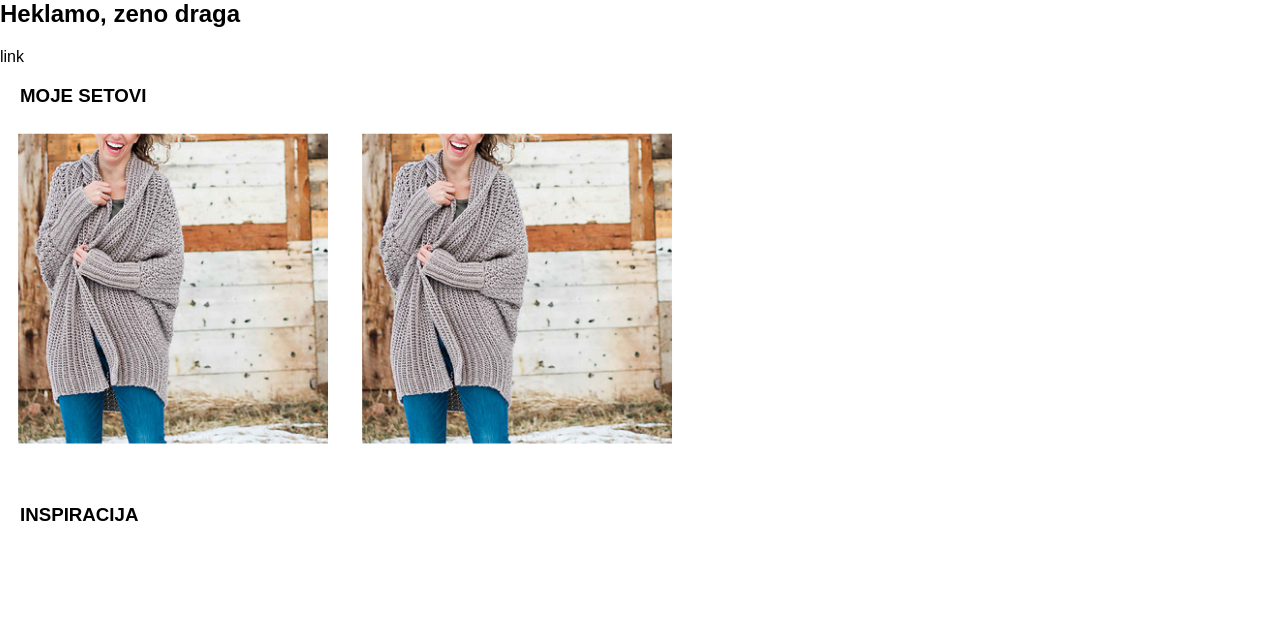
Repository: sdnc/Heklamo
Page: index.html
An editor plug-in stored every save of this project. The page is shown before and after the next save, followed by the edit.
The browser window is 1280 px wide. The pictures show the whole page.

Above is the page before, as saved 2020-12-24 13:07:02.

After the next save:
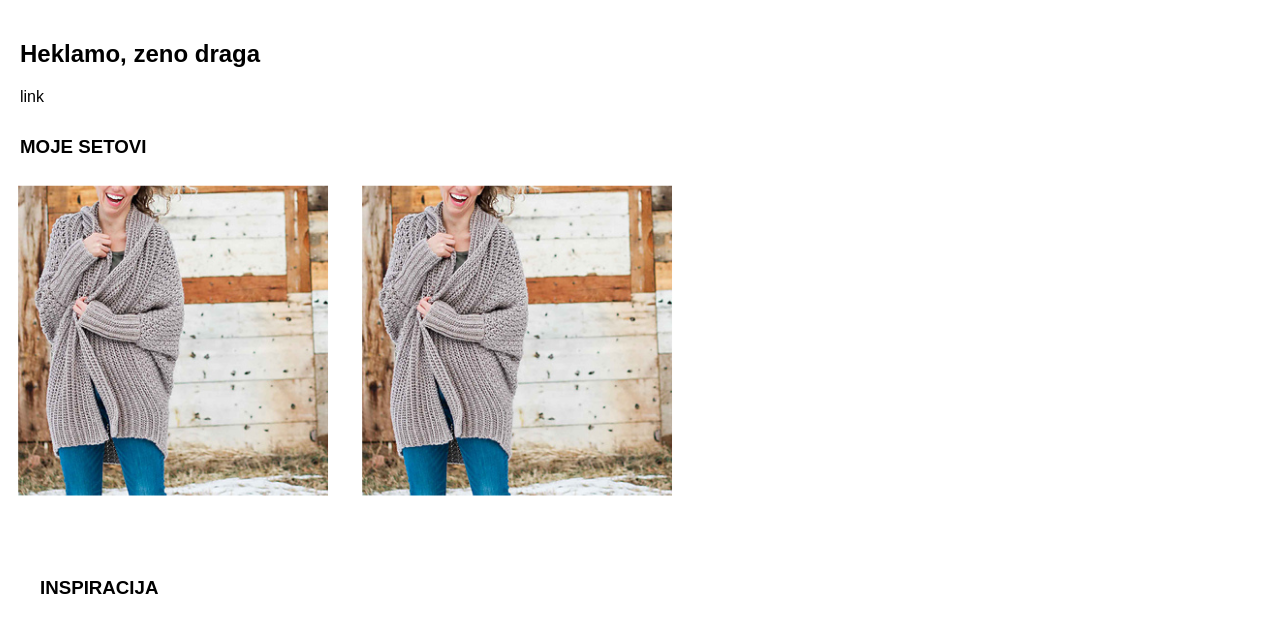
Saved 21 s later.
--- a/styles.css
+++ b/styles.css
@@ -6,6 +6,10 @@ body {
 
 h3 {
   margin-left: 20px;
+}
+
+.divider {
+  margin: 40px 0 30px 20px;
 }
 
 .card {
